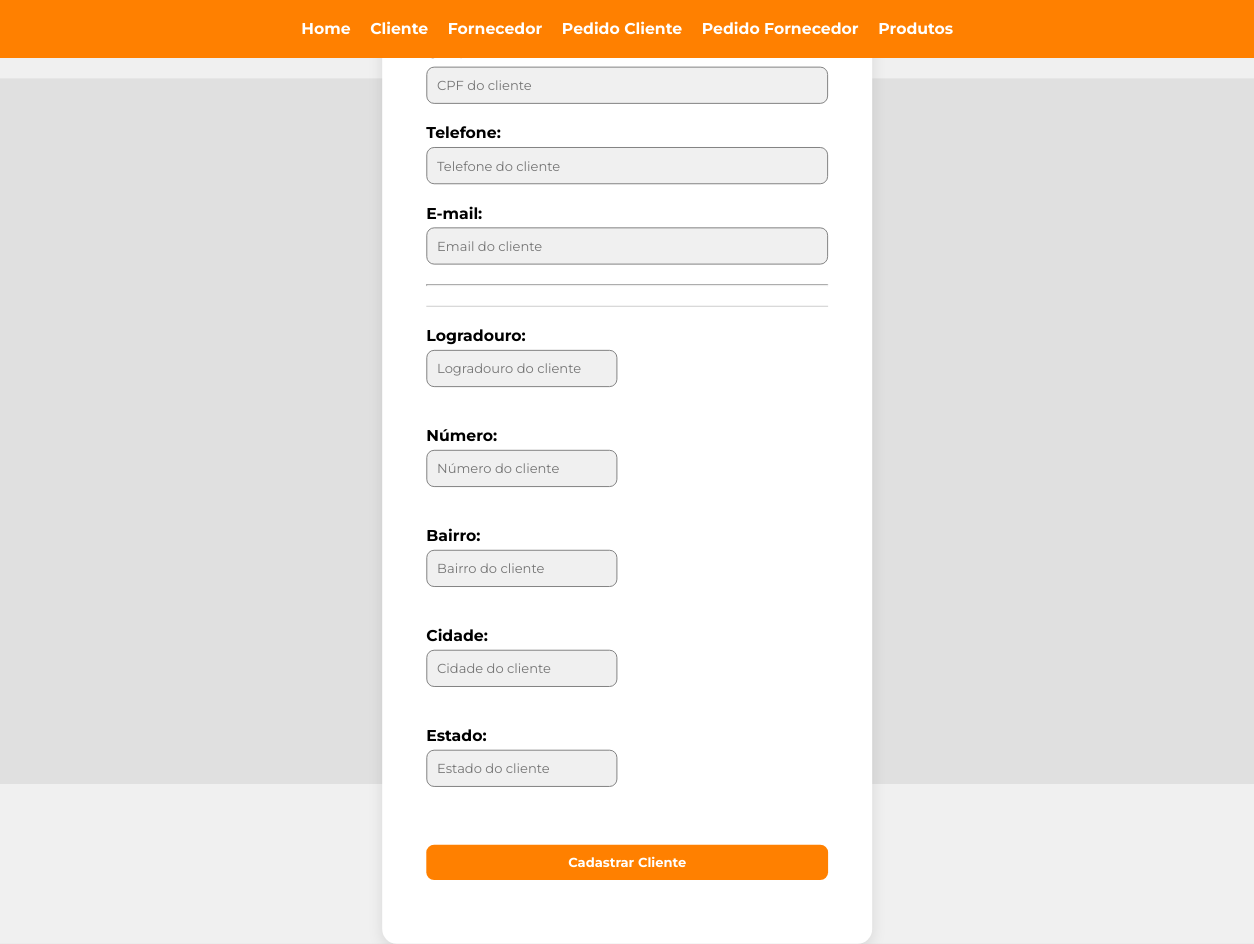
Repository: walterdmp/JavaWeb_BartoBotinas
Page: http://localhost/BartoBotinas/cadastrarCliente.jsp
These files come from the project's save history. The page is drawn as it stood at one moment and after the next save; the edit follows.
The browser window is 1280 px wide. The pictures show the whole page, at 98% of full size.
The page is served by Tomcat 9.

Above is the page before, as saved 2024-07-30 20:09:49.

After the next save:
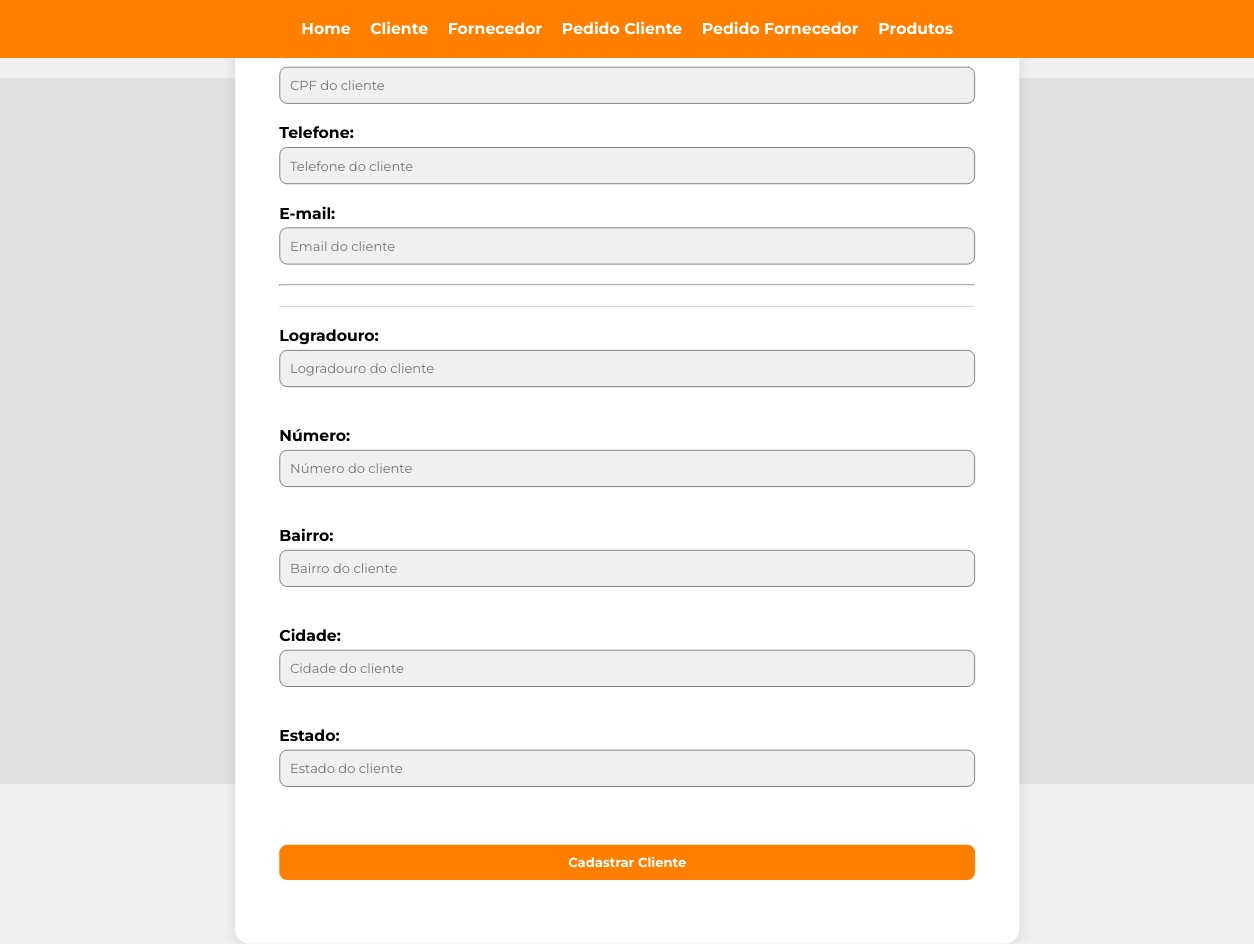
Saved 2 min 58 s later.
--- a/BartoBotinas/WebContent/css/estilo.css
+++ b/BartoBotinas/WebContent/css/estilo.css
@@ -59,7 +59,7 @@ body {
 	flex-direction: column;
 	padding: 45px;
 	width: 100%;
-	max-width: 500px;
+	max-width: 800px; /* Increased max-width for better layout */
 	background-color: white;
 	border-radius: 15px;
 	box-shadow: 0 5px 15px rgba(0, 0, 0, 0.1);
@@ -103,7 +103,7 @@ body {
 }
 
 .endereco > div {
-	width: calc(50% - 10px); /* Ensure the fields take up half the available width */
+	flex: 1 1 calc(50% - 20px); /* Ensure the fields take up half the available width */
 }
 
 #bartoButton {
